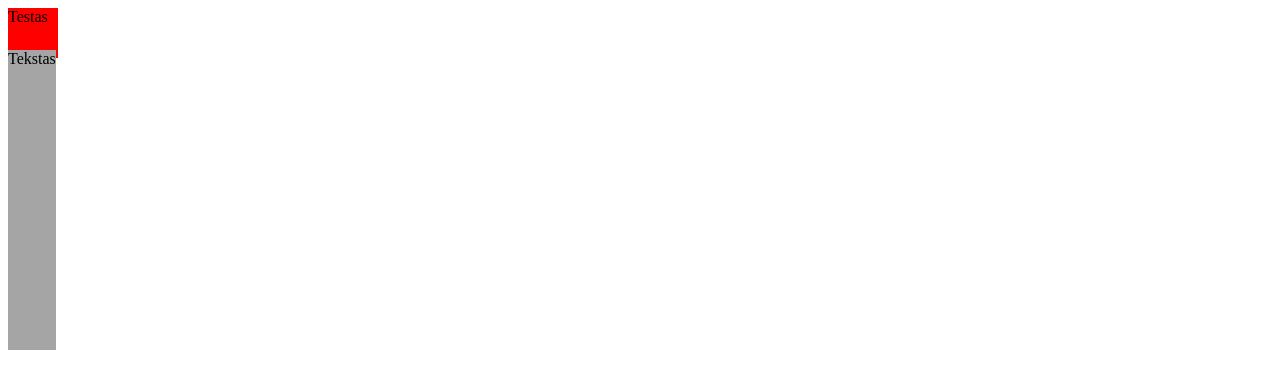
Repository: motiejus1/13-paskaita-05.31
Page: index.html
These files come from the project's save history. The page is drawn as it stood at one moment and after the next save; the edit follows.
The browser window is 1280 px wide. The pictures show the whole page.

Above is the page before, as saved 2021-06-21 19:32:17.

After the next save:
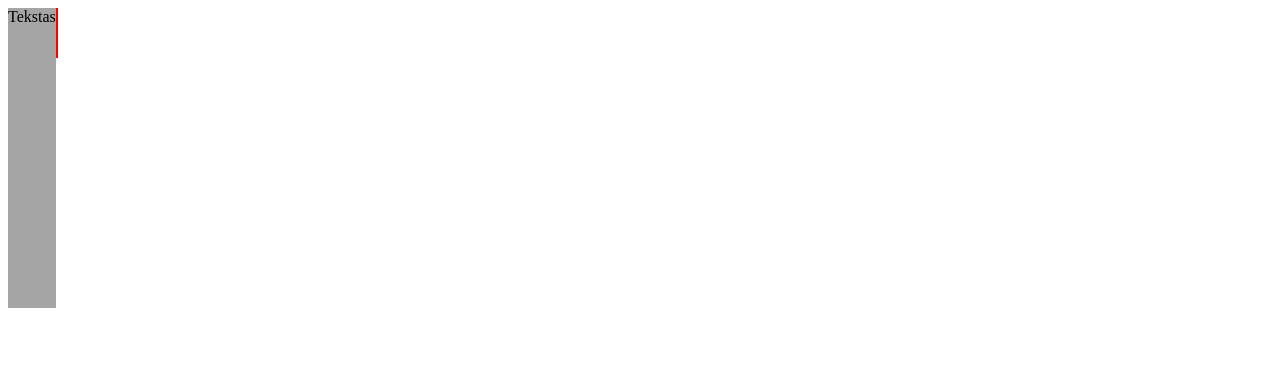
Saved 18 s later.
--- a/index.html
+++ b/index.html
@@ -11,7 +11,6 @@
             background-color: rgb(165, 165, 165) ;
             position: absolute;
             z-index: 2 ; /**/
-            top: 50px;
         }
 
         .kvadratelis {
